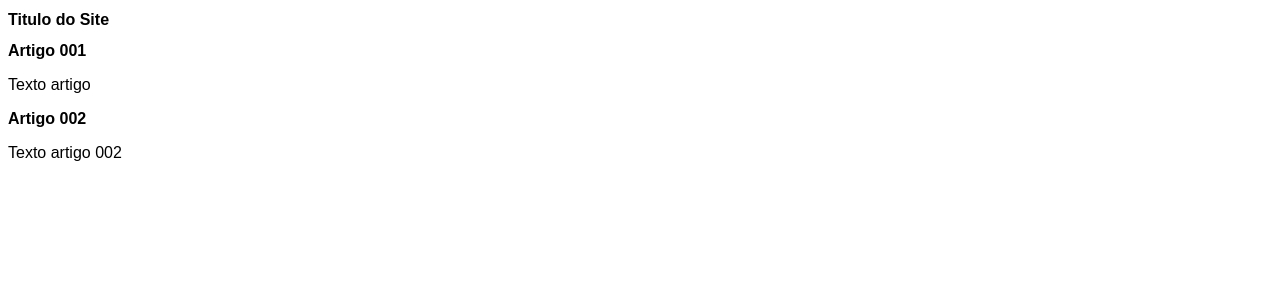
Repository: robertacristinaabreu01/projeto-siteGitHub
Page: index.html
These files come from the project's save history. The page is drawn as it stood at one moment and after a run of saves; the edit follows.
The browser window is 1280 px wide. The pictures show the whole page.

Above is the page before, as saved 2021-01-23 21:48:22.

After the next 2 saves:
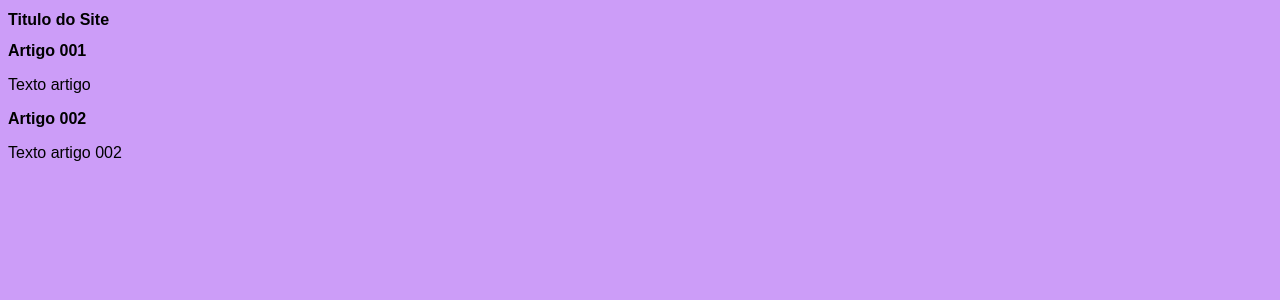
The 2 saves are shown as one change because they came seconds apart.
The last was saved 8 s later.
--- a/estilos/style.css
+++ b/estilos/style.css
@@ -4,5 +4,5 @@
 }
 
 body{
-    background-color: rgb(204)
+    background-color: rgb(204, 157, 248)
 }
